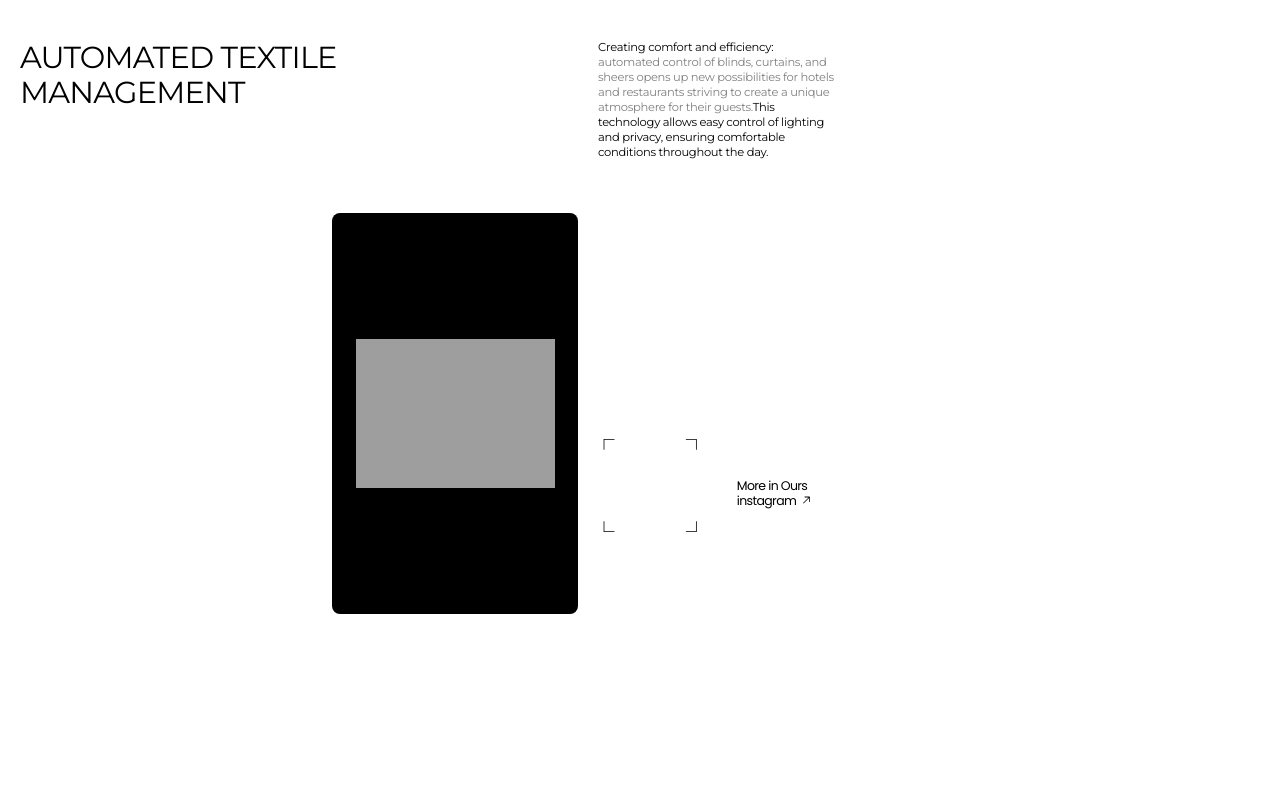
Repository: nikhilsinghrathore1/Shery_02
Page: /
These files come from the project's save history. The page is drawn as it stood at one moment and after the next save; the edit follows.
The browser window is 1280 px wide. The pictures show the part of the page from y = 5688 to 6500 px (the page is 8896 px tall).
Pictures or frames that could not be fetched are drawn as grey boxes. The project was rebuilt for these pictures with package versions that can differ from the ones it lists, and the page was loaded fresh each time. Also part of the build but not shown: vite.config.js.

Above is the page before, as saved 2024-07-20 11:53:39.

After the next save:
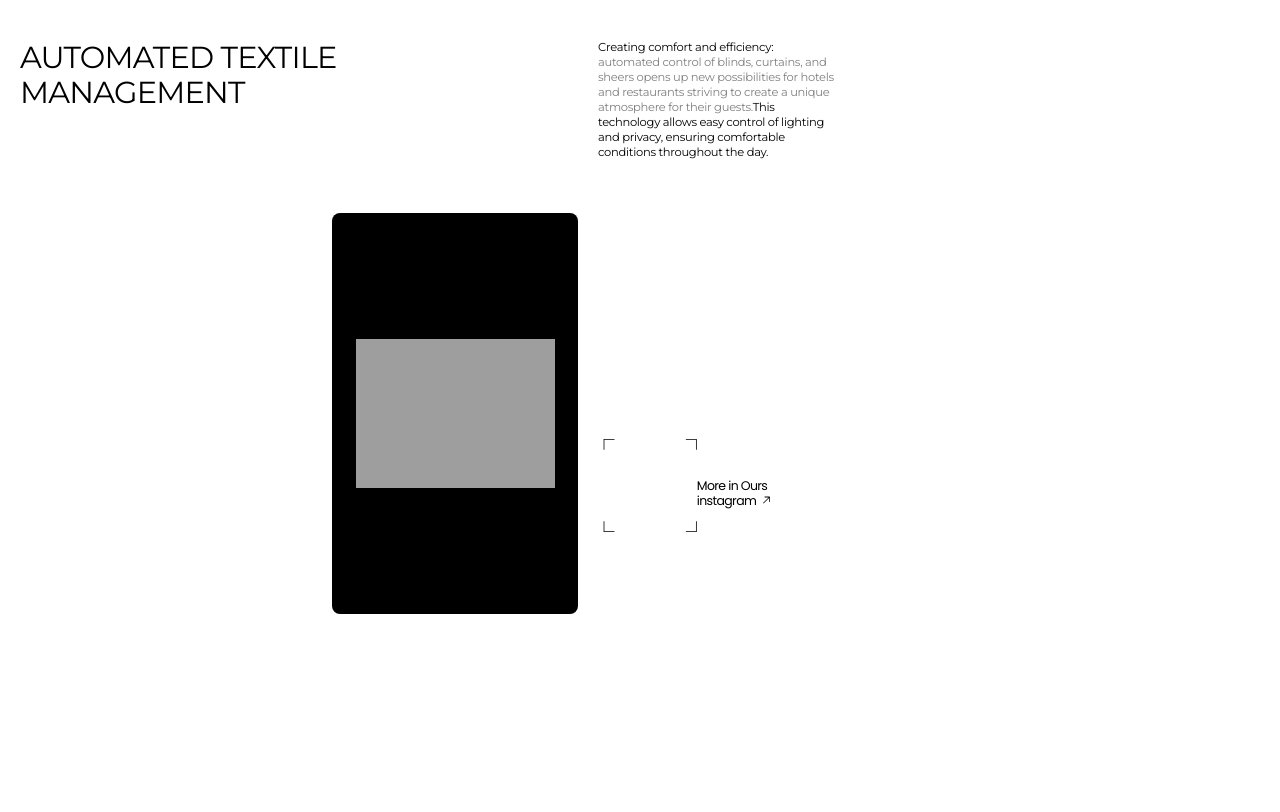
Saved 19 s later.
--- a/src/pages/Landing.jsx
+++ b/src/pages/Landing.jsx
@@ -199,7 +199,7 @@ const Landing = () => {
 </svg>
                </div>
 
-               <div className='flex items-end pb-8  w-[45%]'>
+               <div className='flex items-end pb-8 -ml-10 w-[45%]'>
                  <MoreInsta/>
                </div>
            </div>
